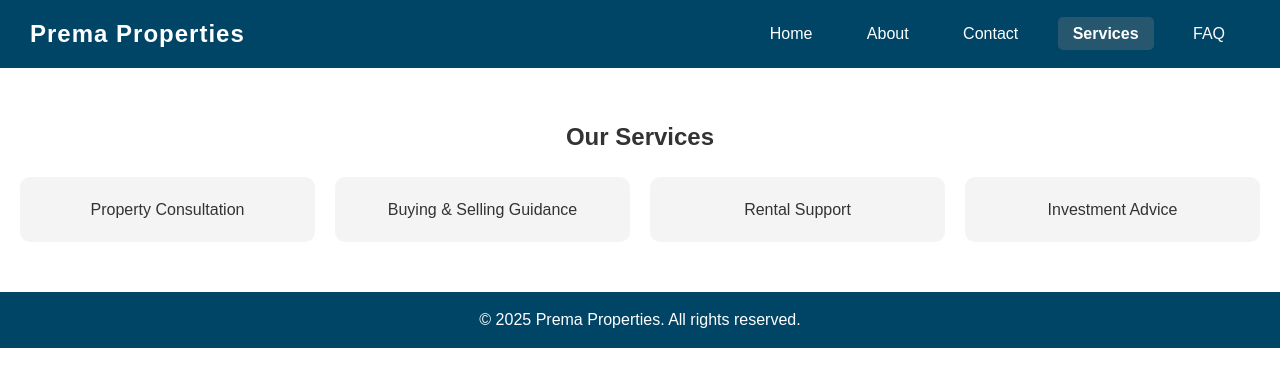
Repository: mnqobiMenzi/Prema-Properties
Page: services.html
The author's editor kept a copy of each file at every save. The page is drawn from the files as they stood at one save, then again after the next save.
The browser window is 1280 px wide. The pictures show the whole page.

Above is the page before, as saved 2025-10-04 09:00:02.

After the next save:
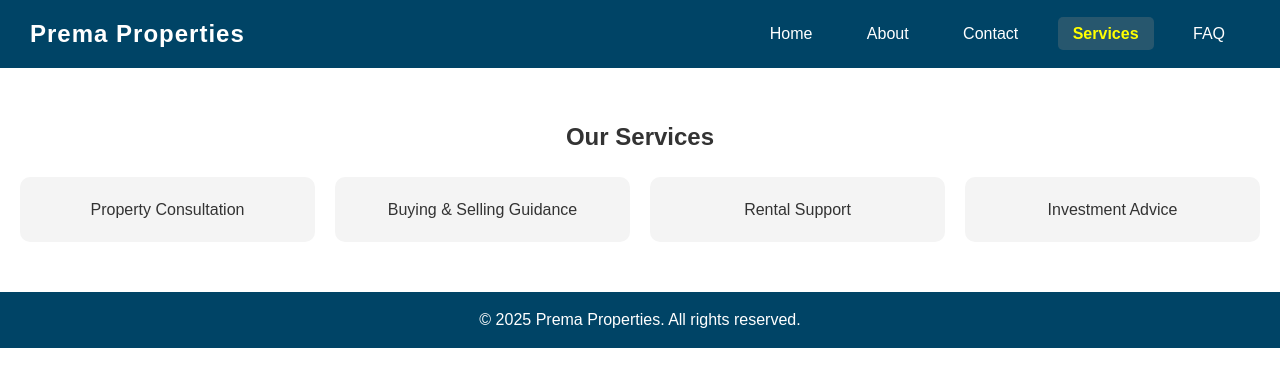
Saved 13 s later.
--- a/CSS/style.css
+++ b/CSS/style.css
@@ -52,7 +52,7 @@ header nav a:hover {
 header nav a.active {
   background: rgba(128, 128, 128, 0.3);
   font-weight: bold;
-  color:
+  color: yellow;
 }
 /* Hero */
 .hero {
